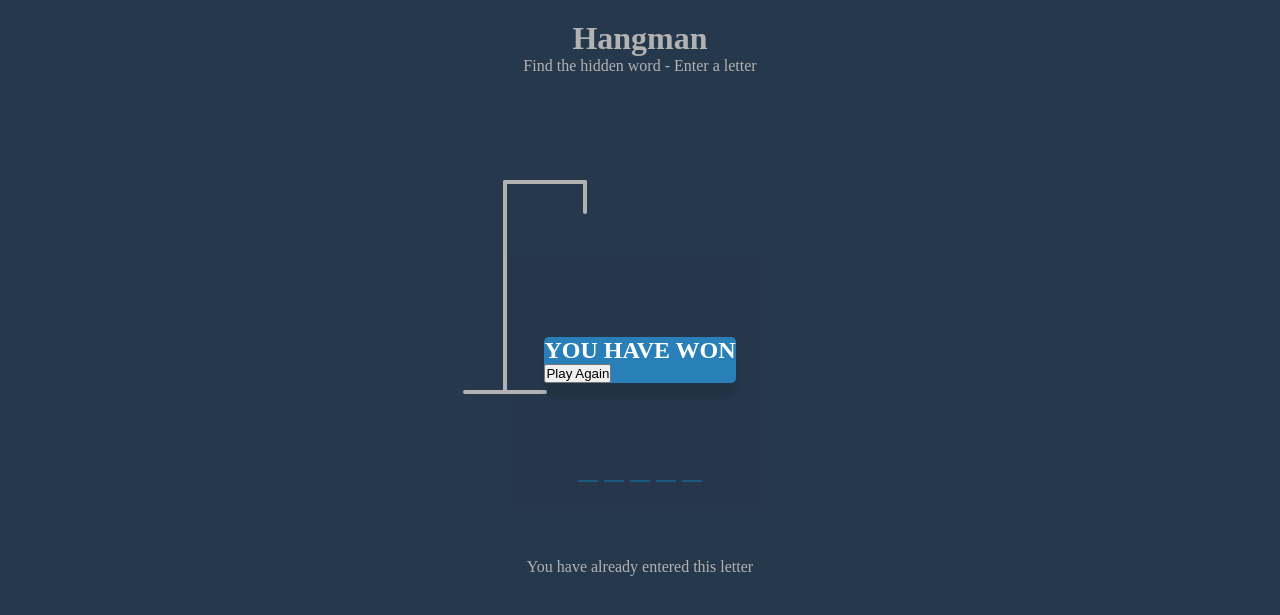
Repository: CAMPSLOPY/HangMan
Page: index.html
An editor plug-in stored every save of this project. The page is shown before and after a run of saves, followed by the edit.
The browser window is 1280 px wide. The pictures show the whole page.
Some web fonts or font styles are not loaded; a fallback is used.

Above is the page before, as saved 2021-01-26 15:41:42.

After the next 3 saves:
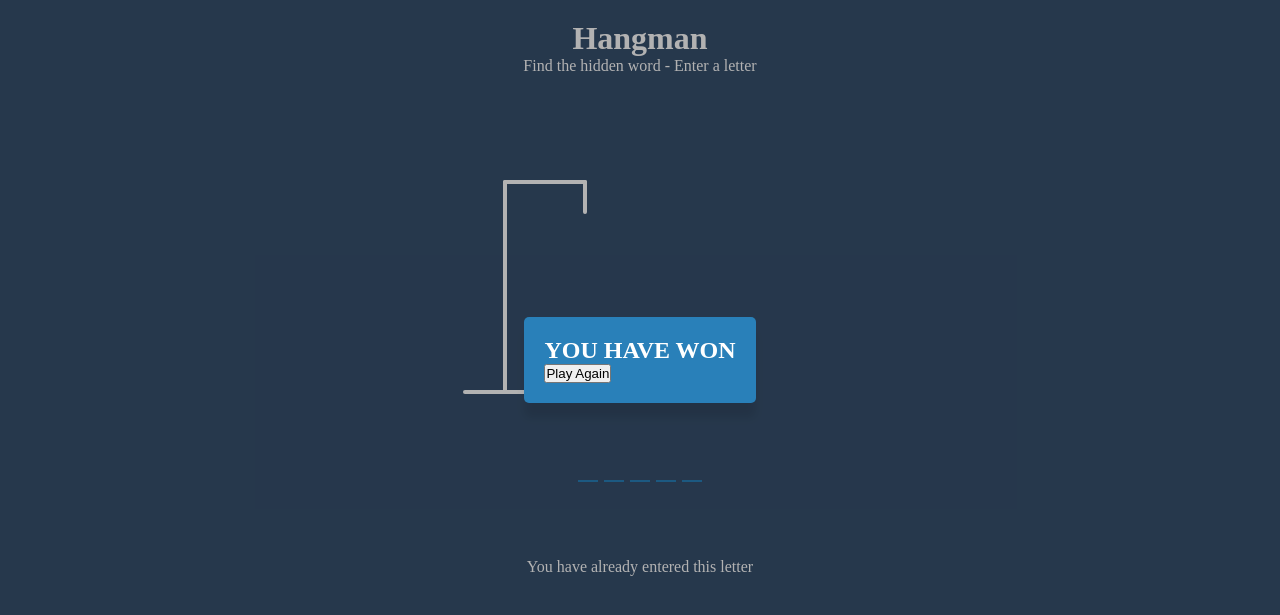
The 3 saves are shown as one change because they came seconds apart.
The last was saved 109 s later.
--- a/styles.css
+++ b/styles.css
@@ -85,4 +85,6 @@ h1 {
   background-color: #2980b9;
   border-radius: 5px;
   box-shadow: 0 15px 10px rgba(0, 0, 0, 0.1);
+  padding: 20px;
+  text
 }
